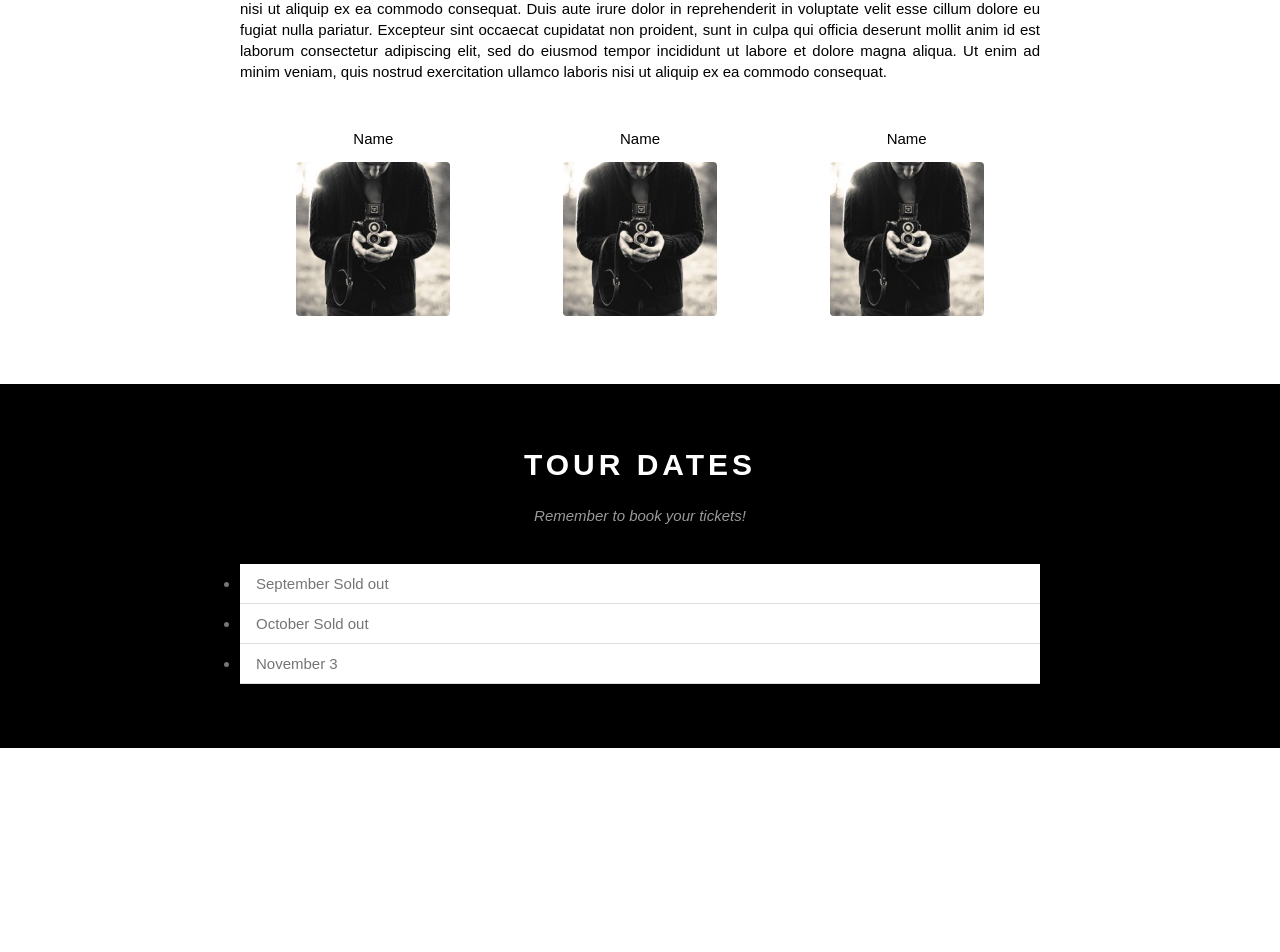
Repository: Phunobita/The-band-w3school
Page: index.html
These files come from the project's save history. The page is drawn as it stood at one moment and after the next save; the edit follows.
The browser window is 1280 px wide. The pictures show the part of the page from y = 559 to 1511 px (the page is 1511 px tall).
A picture or video elsewhere on the page could not be fetched, so the positions and the page height are approximate.

Above is the page before, as saved 2021-12-02 22:09:48.

After the next save:
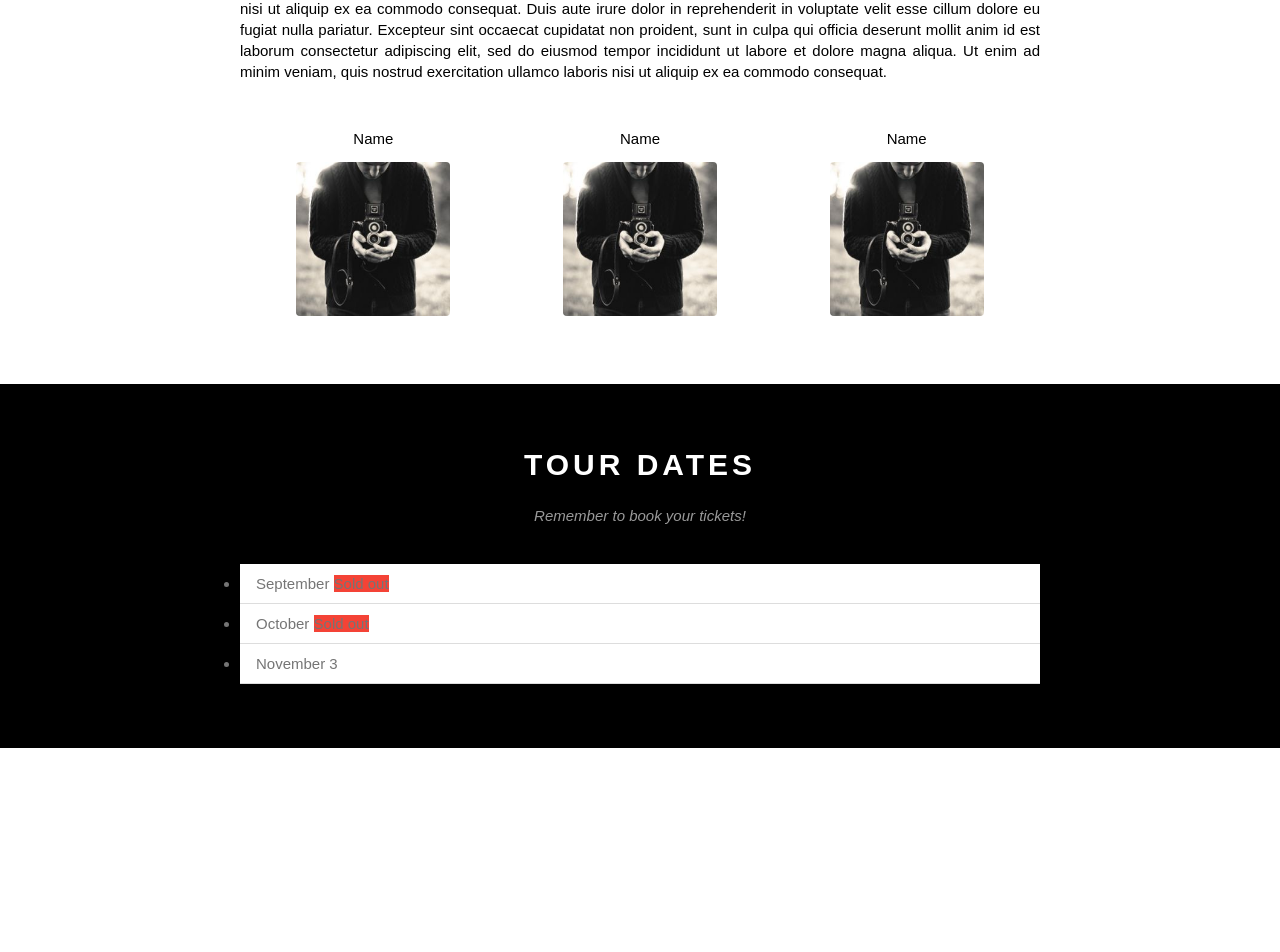
Saved 91 s later.
--- a/assets/css/style.css
+++ b/assets/css/style.css
@@ -167,6 +167,7 @@
   border-bottom: 1px solid #ddd;
 }
 .ticket__list .sold-out {
+  background-color: #f44336;
 }
 .ticket__list .quantity {
 }
